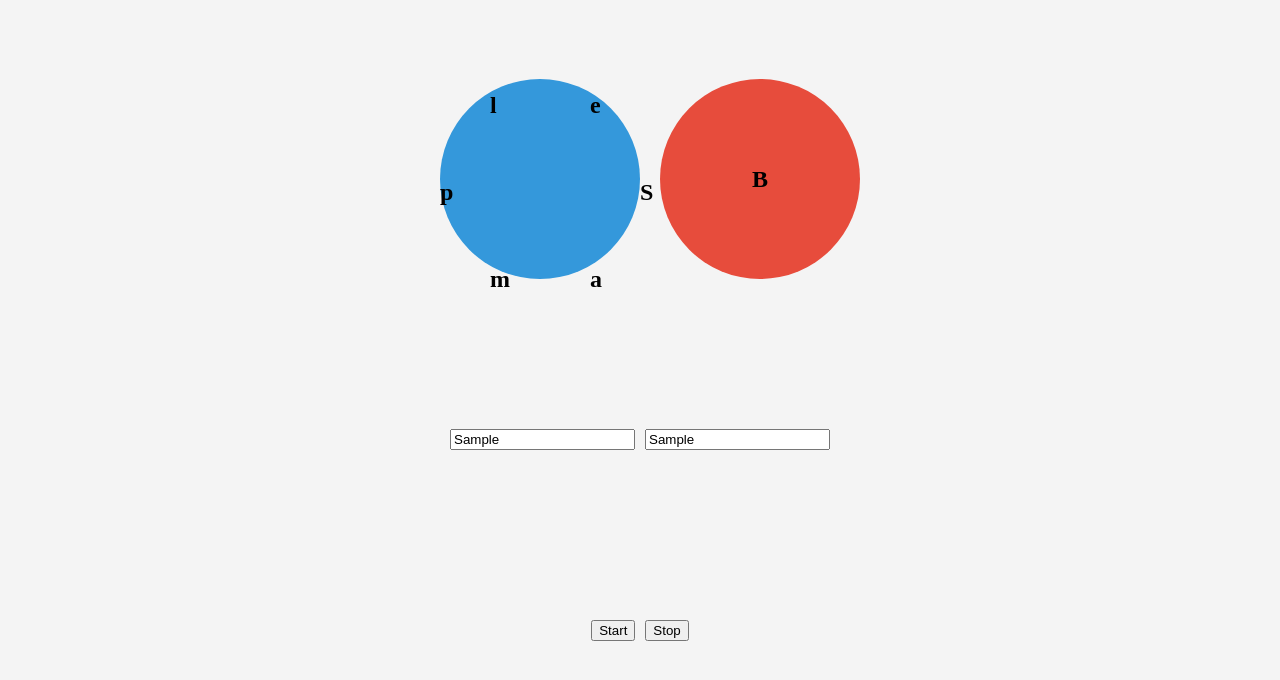
Repository: boshi-an/Isorhythm
Page: .vscode/Isorhythm/index.html
These files come from the project's save history. The page is drawn as it stood at one moment and after the next save; the edit follows.
The browser window is 1280 px wide. The pictures show the whole page.
Empty fields were first filled with sample values (such as "Sample", 5 or name@example.com).
After loading, the first visible `#input1` was changed once.

Above is the page before, as saved 2023-10-18 18:12:06.

### .vscode/Isorhythm/index.html
<!DOCTYPE html>
<html lang="en">

<head>
    <meta charset="UTF-8">
    <meta name="viewport" content="width=device-width, initial-scale=1.0">
    <title>Rotating Circles</title>
    <link rel="stylesheet" href="styles.css">
</head>

<body>
    <div class="circleContainer">
        <div class="circle" id="circle1">
            <div class="letter">A</div>
        </div>
        <div class="circle" id="circle2">
            <div class="letter">B</div>
        </div>
    </div>
    <div class="inputContainer">
        <input type="text" id="input1" placeholder="Enter letters for Circle 1">
        <input type="text" id="input2" placeholder="Enter letters for Circle 2">
    </div>
    <div class="uiContainer">
        <button id="startBtn">Start</button>
        <button id="stopBtn">Stop</button>
    </div>
    <script src="script.js"></script>
</body>

</html>

### .vscode/Isorhythm/styles.css
body {
    display: flex;
    flex-direction: column;
    /* Stack child elements vertically */
    justify-content: center;
    /* Center the content vertically */
    align-items: center;
    /* Center the content horizontally */
    height: 100vh;
    background-color: #f4f4f4;
    overflow: hidden;
    margin: 0;
    gap: 150px;
    /* Space between the circle container and the button container */
}

.circleContainer {
    display: flex;
    align-items: center;
    width: 420px;
    /* Adjust based on your circle sizes */
}

.inputContainer {
    display: flex;
    gap: 10px;
    margin-bottom: 20px;
}

.circle {
    width: 200px;
    height: 200px;
    border-radius: 50%;
    position: relative;
    display: flex;
    flex-shrink: 0;
    align-items: center;
    justify-content: center;
    margin: 0 10px;
}

.uiContainer {
    display: flex;
    gap: 10px;
}

.triangle {
    width: 0;
    height: 0;
    border-left: 50px solid transparent;
    border-right: 50px solid transparent;
    border-bottom: 87px solid #3498db;
    will-change: transform;
    transform-origin: 50% 50%;
}

.letter {
    position: absolute;
    font-size: 1.5em;
    font-weight: bold;
    top: 50%;
    left: 50%;
    transform-origin: 50% 50%;
    transform: translate(-50%, -50%);  /* Centering the letters */
}

#triangle1 {
    border-bottom: 87px solid #3498db;
    /* background-color: #3498db; */
}

#triangle2 {
    border-bottom: 87px solid #e74c3c;
    /* background-color: #e74c3c; */
}

#circle1 {
    background-color: #3498db;
}

#circle2 {
    background-color: #e74c3c;
}

### .vscode/Isorhythm/script.js
let angle1 = 0;
let angle2 = 0;
let animationId1;
let animationId2;

function rotateCircle1() {
    const circle1 = document.getElementById('circle1');
    angle1 = (angle1 + 2) % 360;
    circle1.style.transform = `rotate(${angle1}deg)`;
    animationId1 = requestAnimationFrame(rotateCircle1);
}

function rotateCircle2() {
    const circle2 = document.getElementById('circle2');
    angle2 = (angle2 - 2) % 360;
    circle2.style.transform = `rotate(${angle2}deg)`;
    animationId2 = requestAnimationFrame(rotateCircle2);
}

document.getElementById('startBtn').addEventListener('click', () => {
    cancelAnimationFrame(animationId1);
    cancelAnimationFrame(animationId2);
    rotateCircle1();
    rotateCircle2();
});

document.getElementById('stopBtn').addEventListener('click', () => {
    cancelAnimationFrame(animationId1);
    cancelAnimationFrame(animationId2);
});

function updateLetters(circleId, inputId) {
    const circle = document.getElementById(circleId);
    const inputText = document.getElementById(inputId).value;

    let circleR = Math.max(100, inputText.length * 10)
    circle.style.width = `${circleR*2}px`;
    circle.style.height = `${circleR*2}px`;

    // Remove any existing letters
    circle.innerHTML = "";

    // Add new letters
    for (let i = 0; i < inputText.length; i++) {
        const angle = (i / inputText.length) * 360;
        const letterElem = document.createElement('div');
        letterElem.className = 'letter';
        letterElem.style.transform = `rotate(${angle}deg) translate(${circleR}px) rotate(-${angle}deg)`;
        letterElem.innerText = inputText[i];
        circle.appendChild(letterElem);
    }
}

document.getElementById('input1').addEventListener('input', () => updateLetters('circle1', 'input1'));
document.getElementById('input2').addEventListener('input', () => updateLetters('circle2', 'input2'));

After the next save:
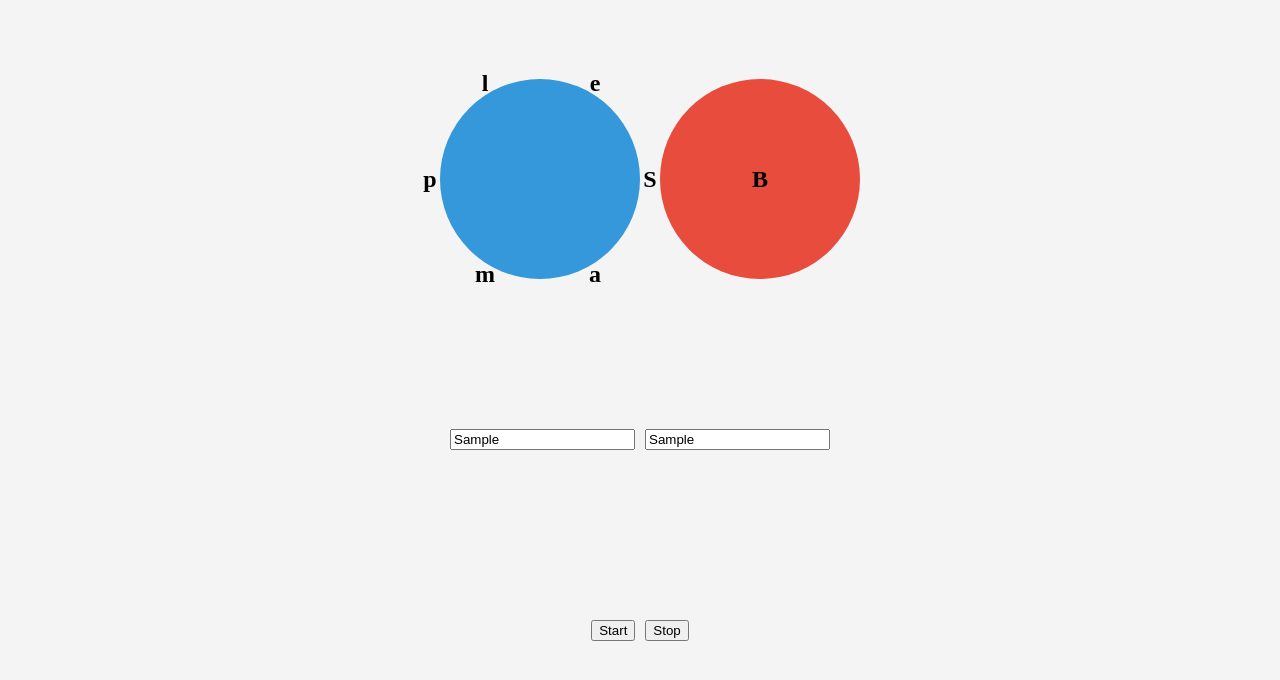
Saved 58 s later.
--- a/.vscode/Isorhythm/script.js
+++ b/.vscode/Isorhythm/script.js
@@ -1,5 +1,6 @@
 let angle1 = 0;
 let angle2 = 0;
+let letterPos = +20;
 let animationId1;
 let animationId2;
 
@@ -35,7 +36,9 @@ function updateLetters(circleId, inputId) {
 
     let circleR = Math.max(100, inputText.length * 10)
     circle.style.width = `${circleR*2}px`;
-    circle.style.height = `${circleR*2}px`;
+    circle.style.height = `${circleR * 2}px`;
+
+    const size = circle.offsetWidth + letterPos;
 
     // Remove any existing letters
     circle.innerHTML = "";
@@ -45,7 +48,7 @@ function updateLetters(circleId, inputId) {
         const angle = (i / inputText.length) * 360;
         const letterElem = document.createElement('div');
         letterElem.className = 'letter';
-        letterElem.style.transform = `rotate(${angle}deg) translate(${circleR}px) rotate(-${angle}deg)`;
+        letterElem.style.transform = `translate(-50%, -50%) rotate(${angle}deg) translate(${size / 2}px) rotate(-${angle}deg)`;
         letterElem.innerText = inputText[i];
         circle.appendChild(letterElem);
     }
